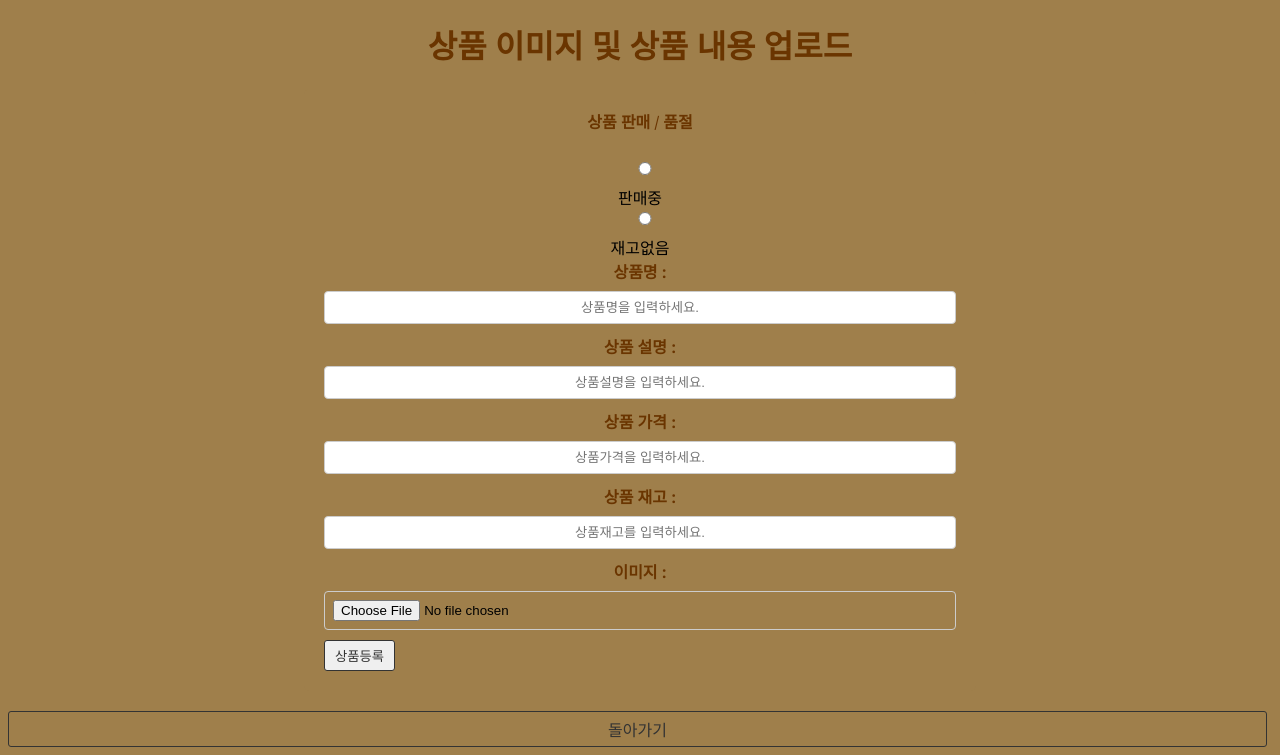
Repository: ks31030/HOME-SHOP
Page: http://localhost/addProductForm
An editor plug-in stored every save of this project. The page is shown before and after the next save, followed by the edit.
The browser window is 1280 px wide. The pictures show the whole page.
The page is this project's Thymeleaf template; nobody is signed in. The template is opened directly, without the code that normally fills it, so the values that code supplies are empty.

Above is the page before, as saved 2023-12-15 09:22:09.

After the next save:
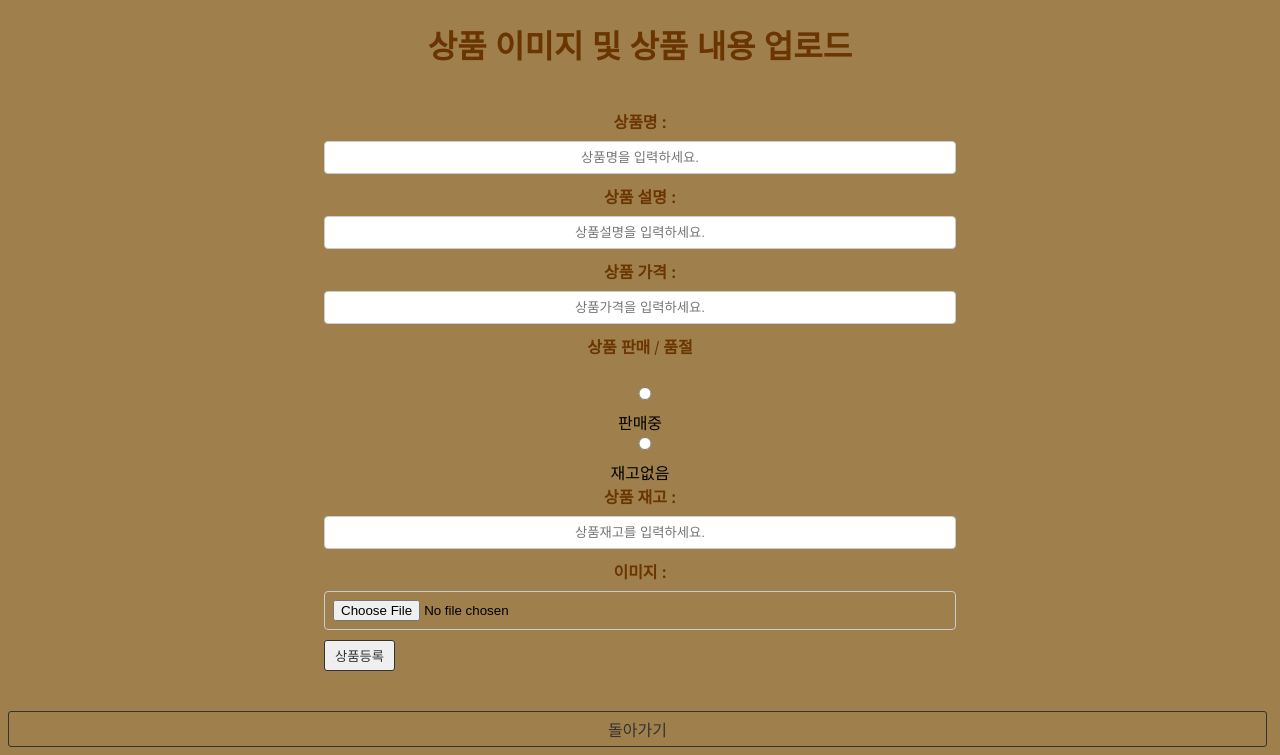
Saved 95 s later.
--- a/Final-JPA-Shop/src/main/resources/templates/addProductForm.html
+++ b/Final-JPA-Shop/src/main/resources/templates/addProductForm.html
@@ -9,24 +9,26 @@
 		<h1>상품 이미지 및 상품 내용 업로드</h1>
 		<form th:action="@{/product/new}" method="post" enctype="multipart/form-data">
 
-			<label>상품 판매 / 품절</label><br>
-			<input type="radio" name="isSoldout" id="isSoldout" value="0">판매중<br>
-			<input type="radio" name="isSoldout" id="isSoldout" value="1">재고없음<br>
-
 			<label>상품명 : </label>
-			<input type="text" id="name" name="name" placeholder="상품명을 입력하세요.">
+			<input type="text" id="name" name="name" placeholder="상품명을 입력하세요." required/>
 			<br>
 			<label>상품 설명 : </label>
-			<input type="text" id="text" name="text" placeholder="상품설명을 입력하세요.">
+			<input type="text" id="text" name="text" placeholder="상품설명을 입력하세요." required/>
 			<br>
 			<label>상품 가격 : </label>
-			<input type="text" id="price" name="price" placeholder="상품가격을 입력하세요.">
+			<input type="text" id="price" name="price" placeholder="상품가격을 입력하세요." required/>
+			<br>
+			<label>상품 판매 / 품절</label>
+			<br>
+			<input type="radio" name="isSoldout" id="isSoldout" value="0"/>판매중
+			<br>
+			<input type="radio" name="isSoldout" id="isSoldout" value="1"/>재고없음
 			<br>
 			<label>상품 재고 : </label>
-			<input type="text" id="stock" name="stock" placeholder="상품재고를 입력하세요.">
+			<input type="text" id="stock" name="stock" placeholder="상품재고를 입력하세요." required/>
 			<br>
 			<label>이미지 : </label>
-			<input type="file" id="imgFile" name="imgFile">
+			<input type="file" id="imgFile" name="imgFile"/>
 			<br>
 			<button type="submit">상품등록</button>
 		</form>
